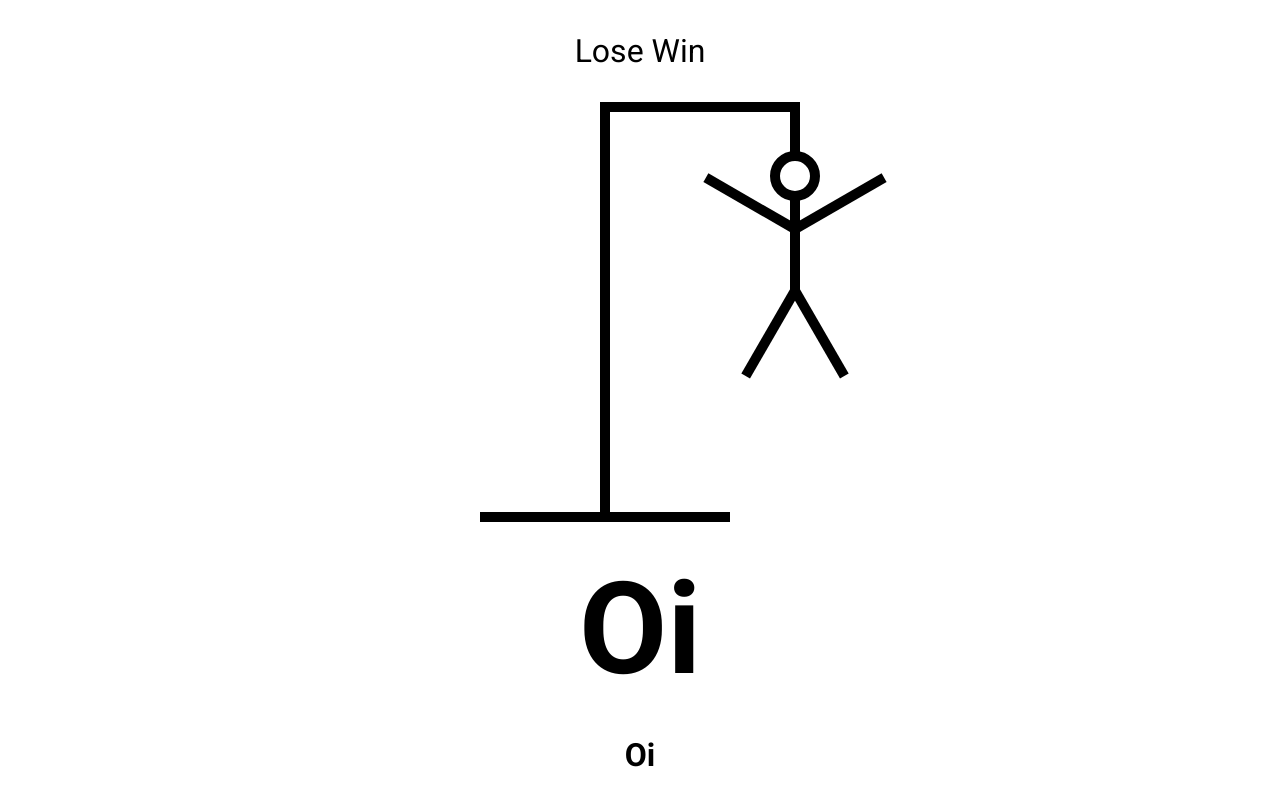
Repository: guilhermecardoso93/jogodaforca
Page: /
An editor plug-in stored every save of this project. The page is shown before and after the next save, followed by the edit.
The browser window is 1280 px wide. The pictures show the whole page.
The project was rebuilt for these pictures with package versions that can differ from the ones it lists, and the page was loaded fresh each time. Also part of the build but not shown: vite.config.ts.

Above is the page before, as saved 2022-12-06 21:09:25.

### index.html
<!DOCTYPE html>
<html lang="en">
  <head>
    <meta charset="UTF-8" />
    <link rel="icon" type="image/svg+xml" href="/vite.svg" />
    <meta name="viewport" content="width=device-width, initial-scale=1.0" />
    <link rel="preconnect" href="https://fonts.googleapis.com"><link
      rel="preconnect" href="https://fonts.gstatic.com" crossorigin><link
      href="https://fonts.googleapis.com/css2?family=Roboto:ital,wght@0,400;0,500;0,700;1,400&display=swap"
      rel="stylesheet">
    <title>Vite + React + TS</title>
  </head>
  <body>
    <div id="root"></div>
    <script type="module" src="/src/main.tsx"></script>
  </body>
</html>

### src/App.tsx
import { useState } from "react";
import words from "./wordList.json";

import { HangmanDrawing } from "./components/HangmanDrawing";
import { HangmanWord } from "./components/HangmanWord";
import { Keyboard } from "./components/Keyboard";

import "./App.css";

export function App() {
  const randomWords = () => {
    return words[Math.floor(Math.random() * words.length)];
  };

  const [wordToGuess, setWordToGuess] = useState(randomWords);
  const [guessedLetters, setGuessedLetters] = useState<string[]>([]);

  console.log(wordToGuess);
  return (
    <div className="container">
      <div className="loseOrWin">Lose Win</div>
      <HangmanDrawing />
      <HangmanWord />
      <Keyboard />
    </div>
  );
}

### src/wordList.json
[
  "capaz",
  "sobre",
  "absoluto",
  "aceitar",
  "conta",
  "alcançar",
  "através",
  "ativo",
  "real",
  "Admitem",
  "anunciar",
  "afetar",
  "proporcionar",
  "depois",
  "tarde",
  "novamente",
  "contra",
  "agente",
  "aceita",
  "permitir",
  "quase",
  "já",
  "tudo bem",
  "também",
  "Apesar",
  "sempre",
  "América",
  "quantia",
  "outro",
  "responda",
  "separado",
  "aparente",
  "aparecer",
  "Aplique",
  "nomear",
  "abordagem",
  "apropriado",
  "área",
  "argumentar",
  "arranjo",
  "associado",
  "presumir",
  "participar",
  "autoridade",
  "acessível",
  "consciente",
  "horrível",
  "bebê",
  "Saldo",
  "bola",
  "banco",
  "base",
  "base",
  "urso",
  "bater",
  "beleza",
  "Porque",
  "antes da",
  "começar",
  "acreditam",
  "beneficiar",
  "melhor",
  "entre",
  "conta",
  "nascimento",
  "Preto",
  "cara",
  "sangue",
  "golpe",
  "limite",
  "linha",
  "Lista",
  "ouço",
  "pequena",
  "viver",
  "carregar",
  "local",
  "trancar",
  "Londres",
  "grandes",
  "olhar",
  "senhor",
  "perder",
  "amor",
  "sorte",
  "almoço",
  "máquina",
  "faço",
  "gerir",
  "muitos",
  "marca",
  "mercado",
  "casar",
  "Combine",
  "matéria",
  "significa",
  "significado",
  "a medida",
  "encontrar",
  "membro",
  "menção",
  "meio",
  "poderia",
  "milha",
  "ouvir",
  "coração",
  "aquecer",
  "pesado",
  "inferno",
  "ajuda",
  "aqui",
  "Alto",
  "história",
  "aguarde",
  "feriado",
  "casa",
  "honesto",
  "esperança",
  "cavalo",
  "hospital",
  "hora",
  "lar",
  "Contudo",
  "olá",
  "centenas",
  "esposo",
  "idéia",
  "identificar",
  "Imagine",
  "importante",
  "melhorar",
  "incluir",
  "renda",
  "aumentar",
  "na verdade",
  "Individual",
  "indústria",
  "informar",
  "garantir",
  "interesse",
  "em",
  "introduzir",
  "investir",
  "envolver",
  "questão",
  "item",
  "Jesus",
  "Junte",
  "juiz",
  "pular",
  "apenas",
  "guarda",
  "matar",
  "Gentil",
  "rei",
  "cozinha",
  "bater",
  "conhecer",
  "trabalho",
  "senhora",
  "terra",
  "Língua",
  "ampla",
  "último",
  "tarde",
  "riso",
  "conduzir",
  "aprender",
  "sair",
  "deixei",
  "menos",
  "carta",
  "nível",
  "vida",
  "leve",
  "Curti",
  "provável",
  "cinco",
  "apartamento",
  "piso",
  "Segue",
  "Comida",
  "pé",
  "força",
  "esquecer",
  "Formato",
  "fortuna",
  "frente",
  "quatro",
  "França",
  "gratuitamente",
  "amigo",
  "a partir de",
  "frente",
  "cheio",
  "função",
  "fundo",
  "futuro",
  "jogos",
  "jardim",
  "em geral",
  "Alemanha",
  "menina",
  "dar",
  "vidro",
  "Boa",
  "adeus",
  "governo",
  "grande",
  "conceder",
  "excelente",
  "verde",
  "chão",
  "grupo",
  "crescer",
  "acho",
  "cabelo",
  "metade",
  "corredor",
  "mão",
  "pendurar",
  "acontecer",
  "feliz",
  "duro",
  "odiar",
  "tenho",
  "cabeça",
  "saúde"
]

### src/components/HangmanDrawing.tsx
const HEAD = (
  <div
    style={{
      width: "50px",
      height: "50px",
      borderRadius: "100%",
      border: "10px solid black",
      position: "absolute",
      top: "49px",
      right: "-20px",
    }}
  />
);

const BODY = (
  <div
    style={{
      width: "10px",
      height: "100px",
      background: "black",
      position: "absolute",
      top: "90px",
      right: 0,
    }}
  />
);

const RIGHT_ARM = (
  <div
    style={{
      width: "100px",
      height: "10px",
      background: "black",
      position: "absolute",
      top: "120px",
      right: "-100px",
      rotate: "-30deg",
      transformOrigin: "left bottom",
    }}
  />
);

const LEFT_ARM = (
  <div
    style={{
      width: "100px",
      height: "10px",
      background: "black",
      position: "absolute",
      top: "120px",
      right: "10px",
      rotate: "30deg",
      transformOrigin: "right bottom",
    }}
  />
);

const RIGHT_LEG = (
  <div
    style={{
      width: "100px",
      height: "10px",
      background: "black",
      position: "absolute",
      top: "180px",
      right: "-90px",
      rotate: "60deg",
      transformOrigin: "left bottom",
    }}
  />
);

const LEFT_LEG = (
  <div
    style={{
      width: "100px",
      height: "10px",
      background: "black",
      position: "absolute",
      top: "180px",
      right: 0,
      rotate: "-60deg",
      transformOrigin: "right bottom",
    }}
  />
);

const BODY_PARTS = [HEAD, BODY, RIGHT_ARM, LEFT_ARM, RIGHT_LEG, LEFT_LEG];

type HangmanDrawingProps = {
  numberOfGuesses: number
}

export function HangmanDrawing() {
  return (
    <div style={{ position: "relative" }}>
      {BODY_PARTS}
      <div
        style={{
          height: "50px",
          width: "10px",
          background: "black",
          position: "absolute",
          top: 0,
          right: 0,
        }}
      />
      <div
        style={{
          height: "10px",
          width: "200px",
          background: "black",
          marginLeft: "120px",
        }}
      />
      <div
        style={{
          height: "400px",
          width: "10px",
          background: "black",
          marginLeft: "120px",
        }}
      />
      <div style={{ height: "10px", width: "250px", background: "black" }} />
    </div>
  );
}

### src/components/HangmanWord.tsx
import "../App.css";
export function HangmanWord() {
  return (
    <div className="HangmanWordContainer">
      <h1>Oi</h1>
    </div>
  )
}

### src/components/Keyboard.tsx
export function Keyboard() {
  return (
    <div>
      <h1>Oi</h1>
    </div>
  )
}

### src/App.css
* {
  margin: 0;
  passing: 0;
  box-sizing: border-box;
  font-family: "Roboto", sans-serif;
}

body {
  margin: 2rem;
}

.container {
  max-width: 800px;
  display: flex;
  flex-direction: column;
  gap: 2rem;
  margin: 0 auto;
  align-items: center;
  justify-content: center;
}

.loseOrWin {
  font-size: 2rem;
  text-align: center;
}

.HangmanWordContainer {
  display: flex;
  gap: 0.25em;
  font-size: 4rem;
}

Loaded but not shown: src/main.tsx (common file)

After the next save:
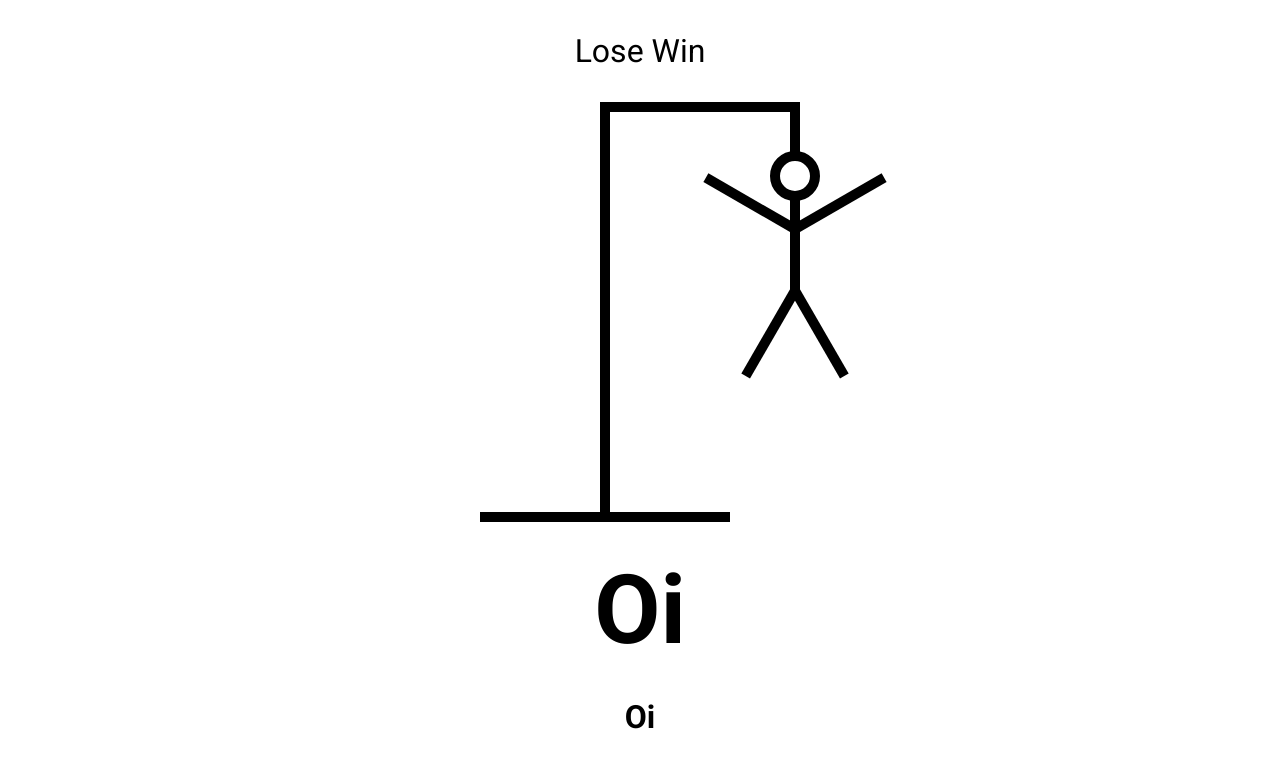
Saved 10 s later.
--- a/src/App.css
+++ b/src/App.css
@@ -27,5 +27,5 @@ body {
 .HangmanWordContainer {
   display: flex;
   gap: 0.25em;
-  font-size: 4rem;
+  font-size: 3rem;
 }
